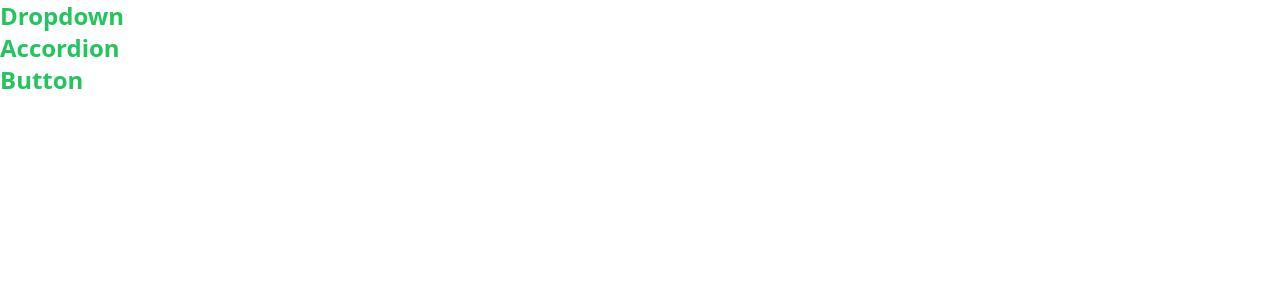
Repository: Marhamat92/reactroutefromstephen
Page: /
An editor plug-in stored every save of this project. The page is shown before and after the next save, followed by the edit.
The browser window is 1280 px wide. The pictures show the whole page.
The project was rebuilt for these pictures with package versions that can differ from the ones it lists, and the page was loaded fresh each time. Also part of the build but not shown: src/App.css, src/components/Dropdowns/DropDown.tsx, src/pages/dropdown/DropdownPage.tsx, src/components/Accordion/Accordion.tsx, src/pages/accordion/AccordionPage.tsx, src/components/Buttons/Button.tsx, src/pages/buttons/ButtonPage.tsx.

Above is the page before, as saved 2022-12-24 17:28:13.

After the next save:
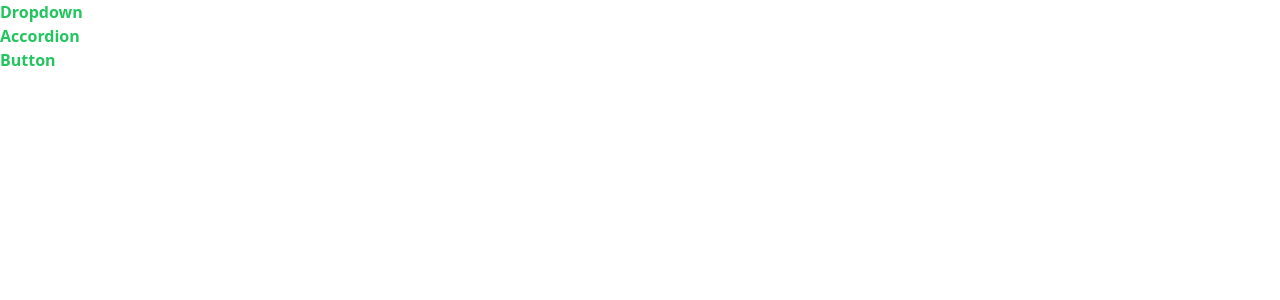
Saved 56 s later.
--- a/src/components/Link/Link.tsx
+++ b/src/components/Link/Link.tsx
@@ -20,8 +20,8 @@
   return (
     <a
       className={`${
-        currentPath && "text-green-500 text-2xl font-bold flex flex-col"
-      } `}
+        currentPath ? "text-green-500" : "text-2xl font-bold flex flex-col"
+      } "text-2xl font-bold flex flex-col"`}
       href={to}
       onClick={handleClick}
     >

After the save that followed:
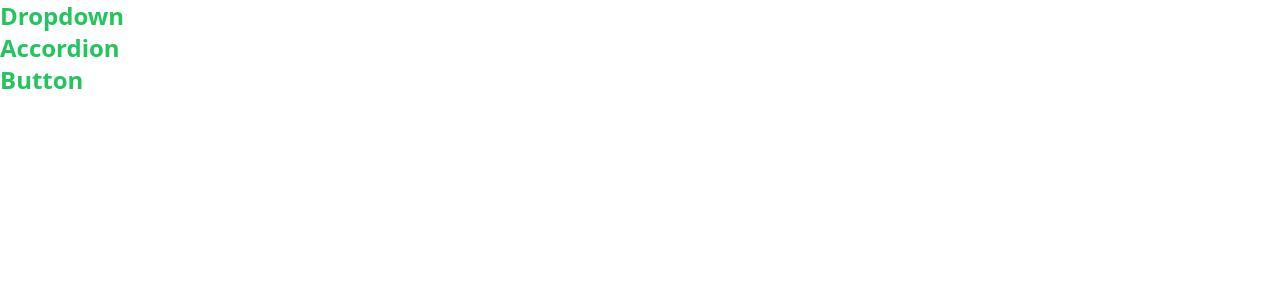
Saved 10 s later.
--- a/src/components/Link/Link.tsx
+++ b/src/components/Link/Link.tsx
@@ -21,7 +21,7 @@
     <a
       className={`${
         currentPath ? "text-green-500" : "text-2xl font-bold flex flex-col"
-      } "text-2xl font-bold flex flex-col"`}
+      } text-2xl font-bold flex flex-col`}
       href={to}
       onClick={handleClick}
     >
